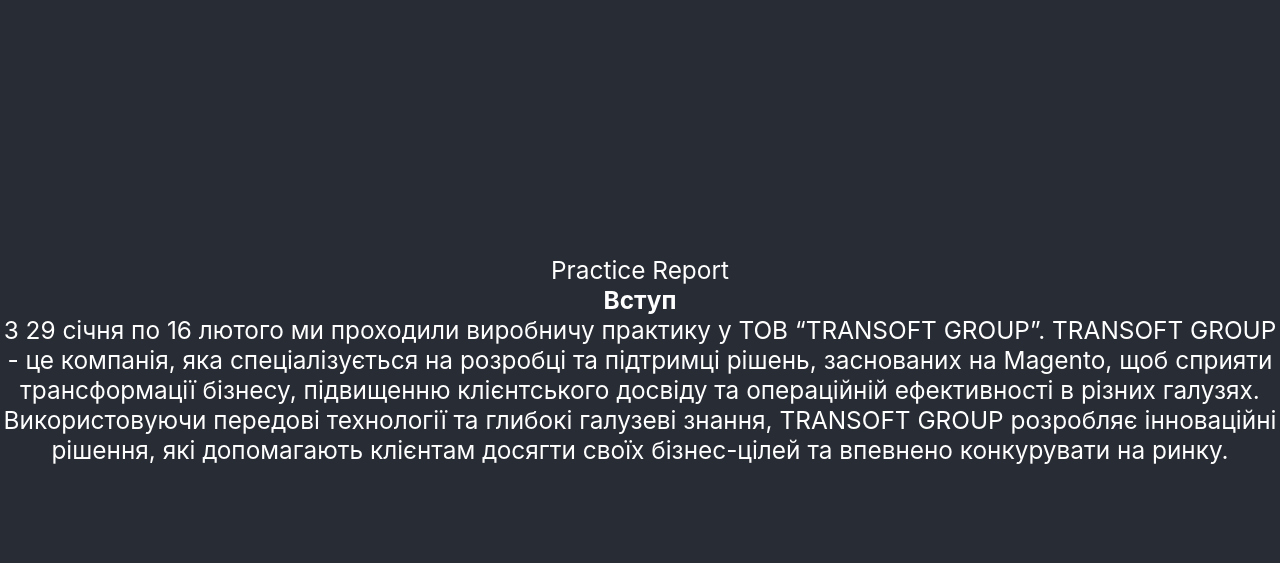
Repository: rutsguifd/prac-report
Page: /
An editor plug-in stored every save of this project. The page is shown before and after the next save, followed by the edit.
The browser window is 1280 px wide. The pictures show the whole page.
The project was rebuilt for these pictures with package versions that can differ from the ones it lists, and the page was loaded fresh each time.

Above is the page before, as saved 2024-02-22 13:29:43.

After the next save:
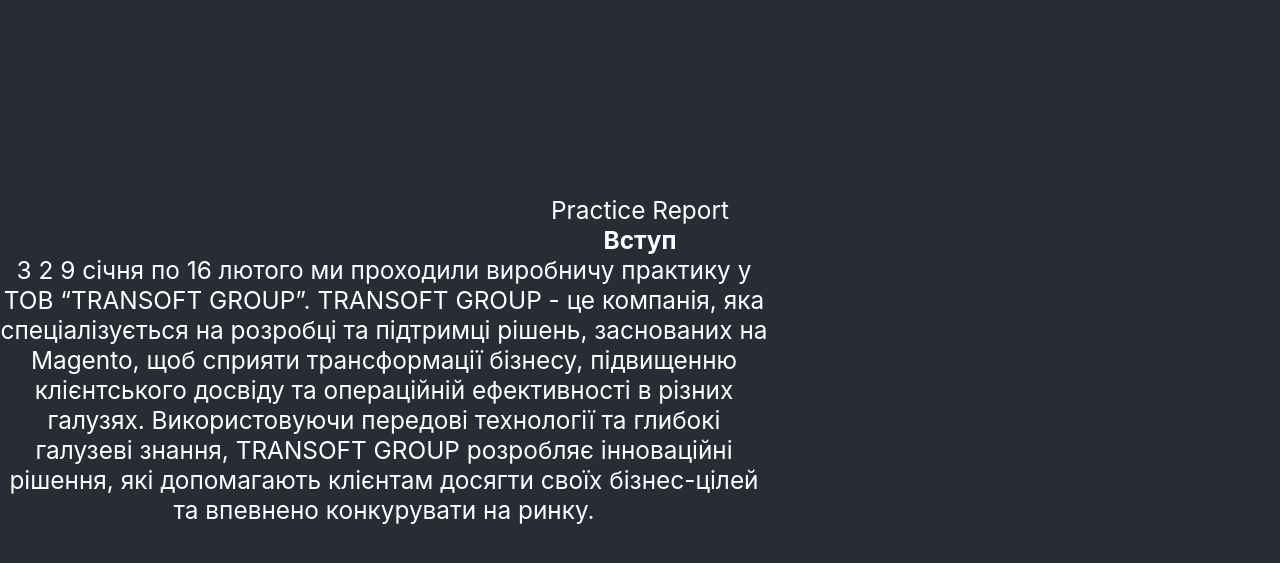
Saved 19 s later.
--- a/src/App.js
+++ b/src/App.js
@@ -7,8 +7,8 @@
         Practice Report
         <div>
           <b>Вступ</b>
-          <div>
-            З 29 січня по 16 лютого ми проходили виробничу практику у ТОВ
+          <div style={{ maxWidth: "60%" }}>
+            З 2 9 січня по 16 лютого ми проходили виробничу практику у ТОВ
             “TRANSOFT GROUP”. TRANSOFT GROUP - це компанія, яка спеціалізується
             на розробці та підтримці рішень, заснованих на Magento, щоб сприяти
             трансформації бізнесу, підвищенню клієнтського досвіду та
